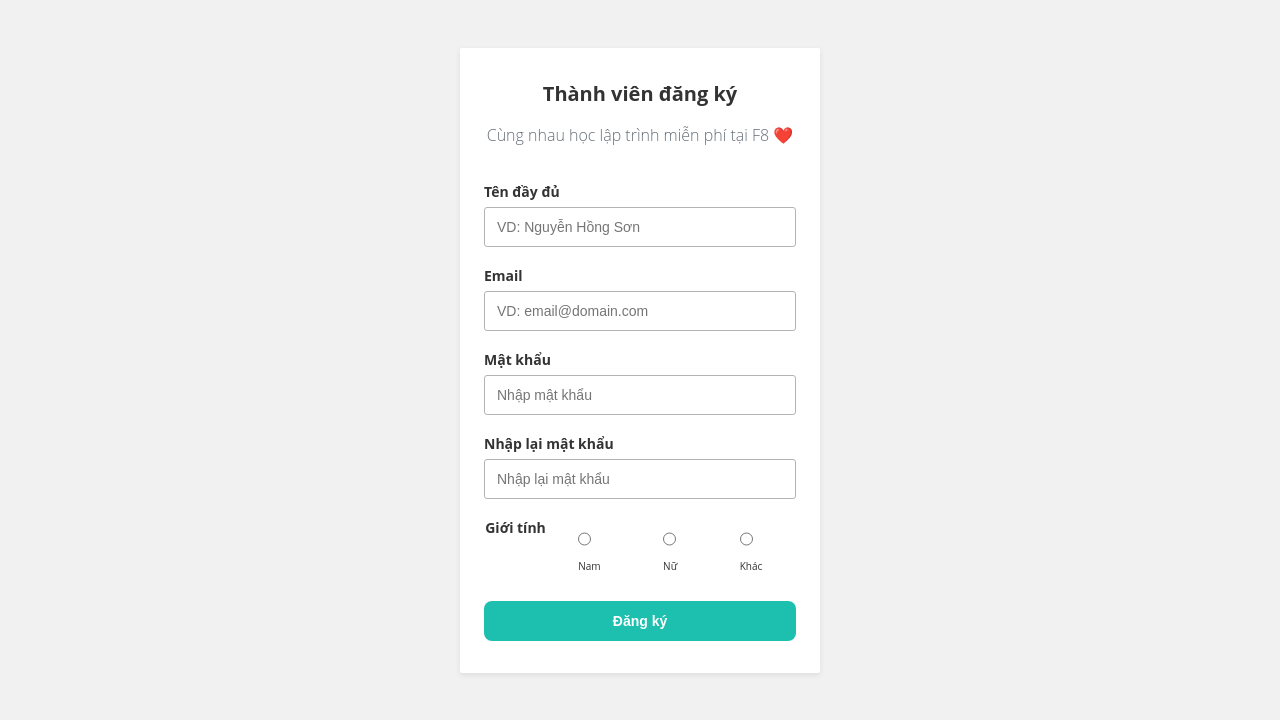
Repository: ahihison/Validation
Page: index.html
An editor plug-in stored every save of this project. The page is shown before and after a run of saves, followed by the edit.
The browser window is 1280 px wide. The pictures show the whole page.

Above is the page before, as saved 2022-08-31 09:40:23.

### index.html
<!DOCTYPE html>
<html lang="en">
<head>
    <meta charset="UTF-8">
    <meta http-equiv="X-UA-Compatible" content="IE=edge">
    <meta name="viewport" content="width=device-width, initial-scale=1.0">
    <link rel="stylesheet" href="./style.css">
    <title>Document</title>
</head>
<body>
    <div class="container">
        <form action="" method="POST" class="form" id="form-1" >
            <h3 class="heading">Thành viên đăng ký</h3>
            <p class="desc">Cùng nhau học lập trình miễn phí tại F8 ❤️</p>
            <div class="spacer"></div>

            <div class="form-group">
                <label for="fullname" class="form-label" >Tên đầy đủ</label>
                <input type="text" name="fullname" id="fullname" placeholder="VD: Nguyễn Hồng Sơn" class="form-control">
                <span class="form-message"></span>
            </div>
            <div class="form-group">
                <label for="email" class="form-label" >Email</label>
                <input type="text" name="email" id="email" placeholder="VD: email@domain.com" class="form-control">
                <span class="form-message"></span>
            </div>
            <div class="form-group">
                <label for="password" class="form-label" >Mật khẩu</label>
                <input type="password" name="password" id="password" placeholder="Nhập mật khẩu" class="form-control">
                <span class="form-message"></span>
            </div>
            <div class="form-group">
                <label for="password_confirmation" class="form-label" >Nhập lại mật khẩu</label>
                <input type="password" name="password_confirmation" id="password_confirmation" placeholder="Nhập lại mật khẩu" class="form-control">
                <span class="form-message"></span>
            </div>
            <div class="form-group genderformat">
                <label for="password_confirmation" class="form-label" >Giới tính</label>
                <div>
                    <input type="radio" name="gender" value="male" id="gender" class="form-control">
                    <span id="gender">Nam</span>
                </div>
                <div>
                    <input type="radio" name="gender" value="female" id="gender" class="form-control">
                    <span id="gender">Nữ</span>
                </div>
                <div>
                    <input type="radio" name="gender" value="orther" class="form-control" id="gender">
                    <span id="gender">Khác</span>

                </div>
                <span class="form-message"></span>
            </div>


            <button class="form-submit">Đăng ký</button>
        </form>

    </div>
    <script src="./validation.js"> </script>
    <script>
        Validator({
            form:'#form-1',
            formGroupSelector:'.form-group',
            errorSelector: '.form-message',
            rules: [
            Validator.isRequired('#fullname','Vui lòng nhập họ và tên đầy đủ của bạn'),
            Validator.isEmail('#email'),
            Validator.minLength('#password',6),
            Validator.isRequired('#password_confirmation'),
            Validator.isConfirmed('#password_confirmation',function() { return document.querySelector('#form-1 #password').value;

            },'Mật khẩu nhập lại không chính xác'),
            ],
            onSubmit: function(data){
                //Call API
                console.log(data);
            }
        });
    </script>




</body>
</html>

### style.css
*{
    margin: 0;
    padding: 0;
    box-sizing: border-box;

}
html{
    color: #333;
    font-size: 62.5%;
    font-family: "Open Sans", sans-serif;
}

.container{
min-height: 100vh;
display: flex;
justify-content: center;
background: #f1f1f1;

}
.form{
    width: 360px;
    padding: 32px 24px;
    min-height: 100px;
    text-align: center;
    background: #fff;
    border-radius: 2px;
    margin: 24px;
    align-self: center;
    box-shadow: 0 2px 5px 0 rgba(51, 62, 73, 0.1);


}


.form .heading{
    font-size: 2rem;

}
.form .desc {
    text-align: center;
    color: #636d77;
    font-size: 1.6rem;
    line-height: 2.4rem;
    margin-top: 16px;
    font-weight: 300;
  }

.form-group{
     display: flex;
  margin-bottom: 16px;
  flex-direction: column;

}
.form-group #gender {
  display:flex;
 margin: 0 30px;

  }
  .form-group.genderformat{
    display: flex;
    flex-direction: row;
    flex-wrap: wrap;
    align-content: space-between;
    justify-content: space-around;
  }
.form-control{
    height: 40px;
    padding: 8px 12px;
    border: 1px solid #b3b3b3;
    border-radius: 3px;
    outline: none;
    font-size: 1.4rem;
}
.form-control:hover {
    border-color: #1dbfaf;
  }
.form-label,
.form-message{
    text-align: left;

}
.form-label {
    font-weight: 700;
    padding-bottom: 6px;
    line-height: 1.8rem;
    font-size: 1.4rem;
  }

  .form-group.invalid .form-control {
    border-color: #f33a58;
  }
  .form-group.invalid .form-message {
    color: #f33a58;
  }

  .form-message {
    font-size: 1.2rem;
    line-height: 1.6rem;
    padding: 4px 0 0;
  }
  .form-submit {
    outline: none;
    background-color: #1dbfaf;
    margin-top: 12px;
    padding: 12px 16px;
    font-weight: 600;
    color: #fff;
    border: none;
    width: 100%;
    font-size: 14px;
    border-radius: 8px;
    cursor: pointer;
  }
  .form-submit:hover {
    background-color: #1ac7b6;
  }
  .spacer {
    margin-top: 36px;
  }

### validation.js
function Validator(options) {

    function geParent(elements,selector){
        while(elements.parentElement){
            if(elements.parentElement.matches(selector)){
                return elements.parentElement;
            }
              elements = elements.parentElement;
        }
    }

    var selectorRule = {};
    //hàm thực hiện validate
    function validate(inputElement, rule) {

        var errorElement = geParent(inputElement,options.formGroupSelector).querySelector(options.errorSelector);
        var errorMessage;

        //lấy ra các rule của các selector
        var rules = selectorRule[rule.selector];
        //lập qua từng rules và kiểm tra
        //Nếu có lỗi thì dừng việc kiểm tra
        for (var i = 0; i < rules.length; i++) {
            errorMessage = rules[i](inputElement.value);
            if (errorMessage) break;

        }

        if (errorMessage) {
            errorElement.innerText = errorMessage;
            geParent(inputElement,options.formGroupSelector).classList.add('invalid');
        } else {
            errorElement.innerText = '';
            geParent(inputElement,options.formGroupSelector).classList.remove('invalid');
        }
        return !!errorMessage;
    }
    // lấy được form elements
    var formElement = document.querySelector(options.form);

    if (formElement) {
        //Lắng nghe sự kiện onsubmit

        formElement.onsubmit = function (e) {

            e.preventDefault();

            var isFormValid = true;

            // Lặp qua từng rules và validate
            options.rules.forEach(function (rule) {
                var inputElement = formElement.querySelector(rule.selector);
                var isInValid = validate(inputElement, rule);
                if (isInValid) {
                    isFormValid = false;
                }
            });


            if (isFormValid) {
                //Trường hợp submit với js
                if (typeof options.onSubmit === 'function') {
                    var enableInputs = formElement.querySelectorAll('[name]');
                    var formValues = Array.from(enableInputs).reduce(function (values, input) {
                        values[input.name] = input.value;
                        return values;
                    }, {});
                    options.onSubmit(formValues)
                }
                //submit với hành vi mặc định
                else{
                    formElement.submit();
                }
            }

        }





        //Lặp qua mỗi rule xử lí sự kiện (blur click....)
        options.rules.forEach(function (rule) {
            //Lưu lại các  rules cho mỗi input
            if (Array.isArray(selectorRule[rule.selector])) {
                selectorRule[rule.selector].push(rule.test);
            }
            else {
                selectorRule[rule.selector] = [rule.test];
            }


            var inputElement = formElement.querySelector(rule.selector);

            if (inputElement) {
                //Xử lí trường hợp blur ra khỏi input
                inputElement.onblur = function () {

                    validate(inputElement, rule);

                }
                // Xử lí mỗi khi người dùng nhập vào input
                inputElement.oninput = function () {
                    var errorElement = geParent(inputElement,options.formGroupSelector).querySelector(options.errorSelector);
                    errorElement.innerText = '';
                    geParent(inputElement,options.formGroupSelector).classList.remove('invalid');
                }
            }

        }

        );



    }


}

//định nghĩa rules
//Nguyên tắc rules
//1. khi có lỗi : => trả về message
//2. Khi hợp lệ: => ko trả về gì hết (undefined)
Validator.isRequired = function (selector, message) {
    return {
        selector: selector,
        test: function (value) {
            return value.trim() ? undefined : message || "Vui lòng nhập trường này"

        }
    }
}

Validator.isEmail = function (selector, message) {

    return {
        selector: selector,
        test: function (value) {
            var regex = /^[A-Z0-9._%+-]+@[A-Z0-9.-]+\.[A-Z]{2,4}$/i;

            return regex.test(value) ? undefined : message || 'Trường này phải là email'
        }
    }

}
Validator.minLength = function (selector, min, message) {

    return {
        selector: selector,
        test: function (value) {
            return value.length >= min ? undefined : message || `Vui lòng nhập tối thiếu ${min} ký tự`
        }
    }

}

Validator.isConfirmed = function (selector, getconfirmValue, message) {
    return {
        selector: selector,
        test: function (value) {
            return value === getconfirmValue() ? undefined : message || "Giá trị nhập vào không chính xác"
        }

    }

}

After the next 8 saves:
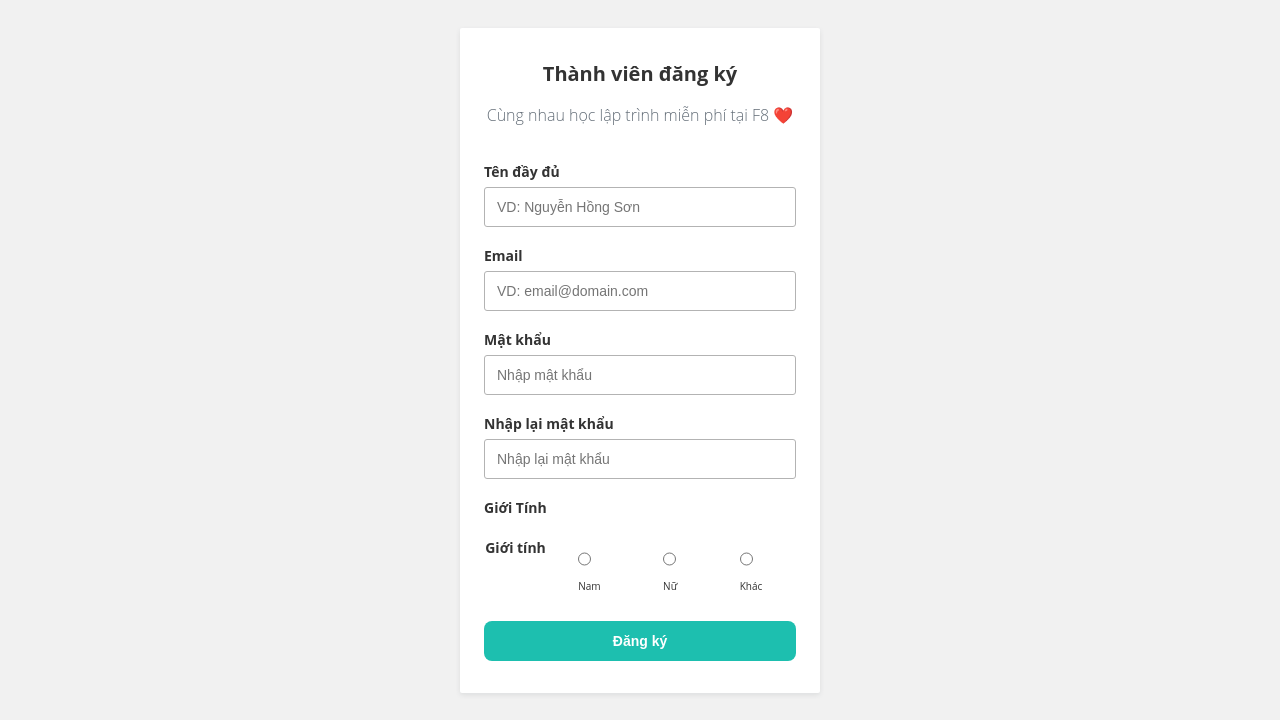
The 8 saves are shown as one change because they came seconds apart.
The last was saved 21 s later.
--- a/index.html
+++ b/index.html
@@ -33,6 +33,10 @@
                 <label for="password_confirmation" class="form-label" >Nhập lại mật khẩu</label>
                 <input type="password" name="password_confirmation" id="password_confirmation" placeholder="Nhập lại mật khẩu" class="form-control">
                 <span class="form-message"></span>
+            </div>
+            <div class="form-group">
+                <label for="password_confirmation" class="form-label" >Giới Tính</label>
+
             </div>
             <div class="form-group genderformat">
                 <label for="password_confirmation" class="form-label" >Giới tính</label>
